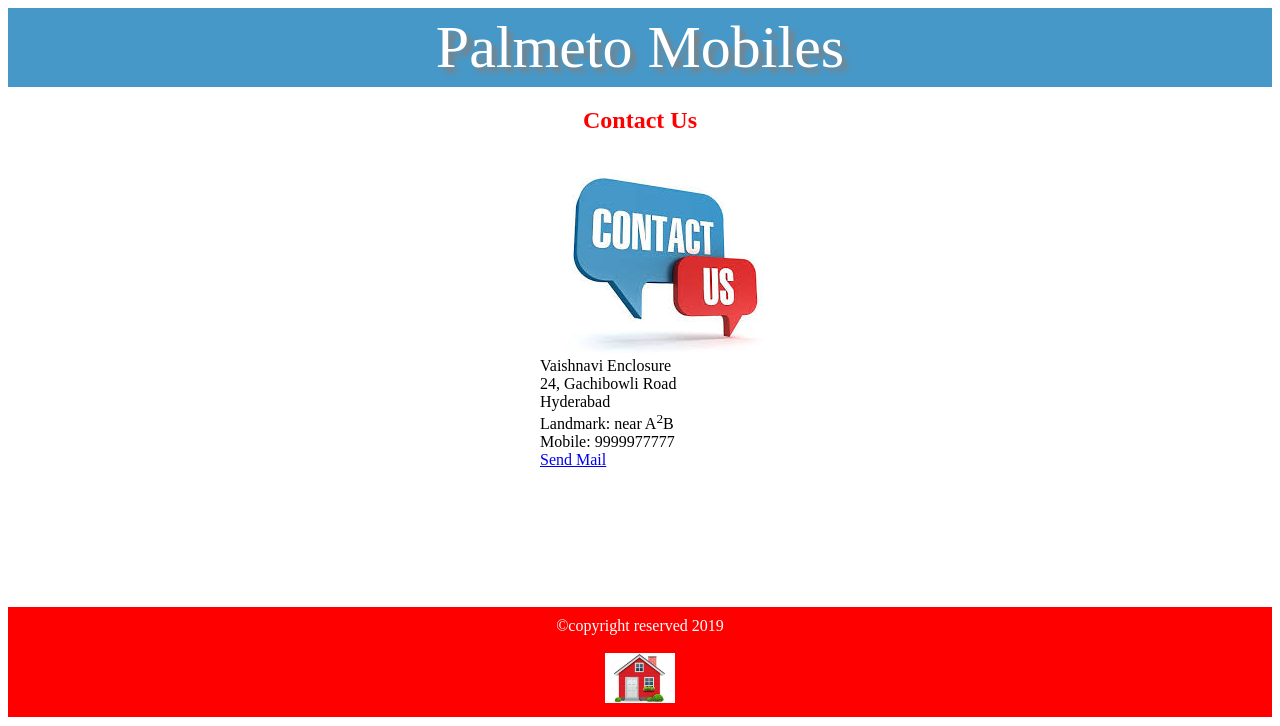
Repository: abhishekj720/HSBCLearn
Page: gagan/JEE/HtmlCssDemo/WebContent/contactus.html
The author's editor kept a copy of each file at every save. The page is drawn from the files as they stood at one save, then again after the next save.
The browser window is 1280 px wide. The pictures show the whole page.

Above is the page before, as saved 2019-07-29 07:19:39.

After the next save:
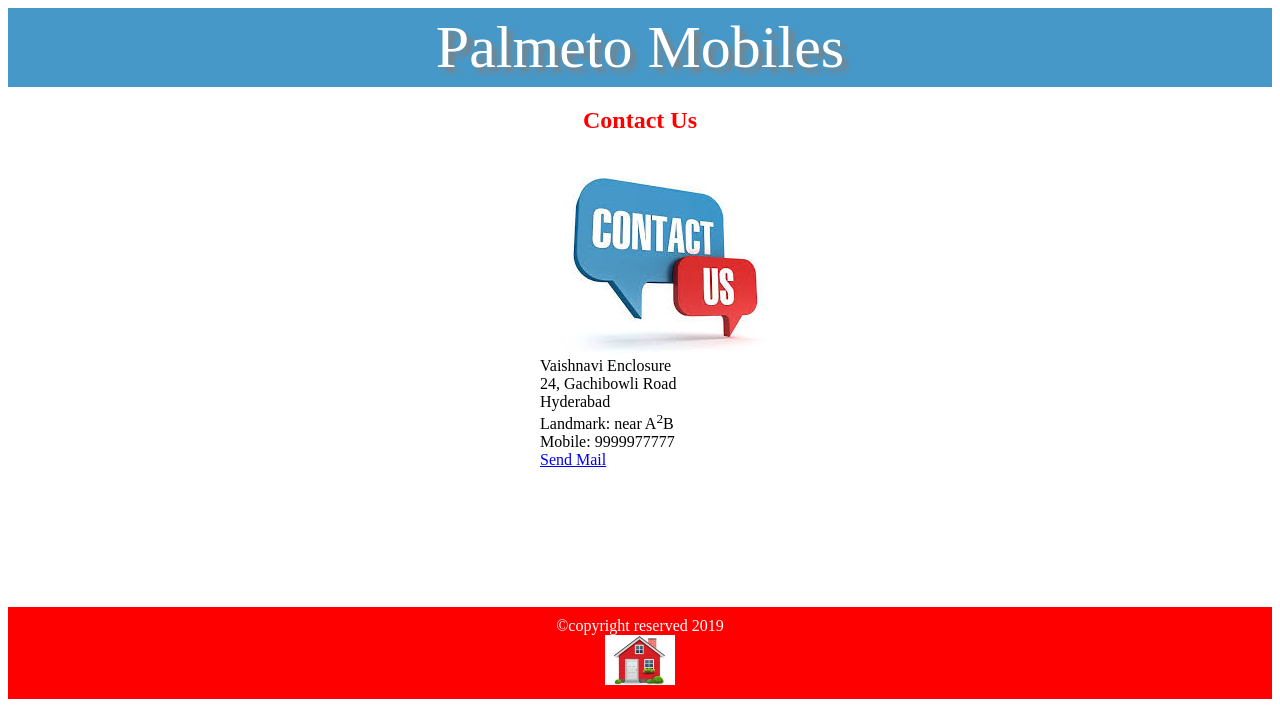
Saved 16 s later.
--- a/gagan/JEE/HtmlCssDemo/WebContent/contactus.html
+++ b/gagan/JEE/HtmlCssDemo/WebContent/contactus.html
@@ -27,7 +27,7 @@
 	</div>
 </article>
 <footer>
-	&copy;copyright reserved 2019<br/><br/>
+	<div>&copy;copyright reserved 2019</div>
 	<a href="home.html"><img src="images/home.jpg"/></a>
 </footer>
 
